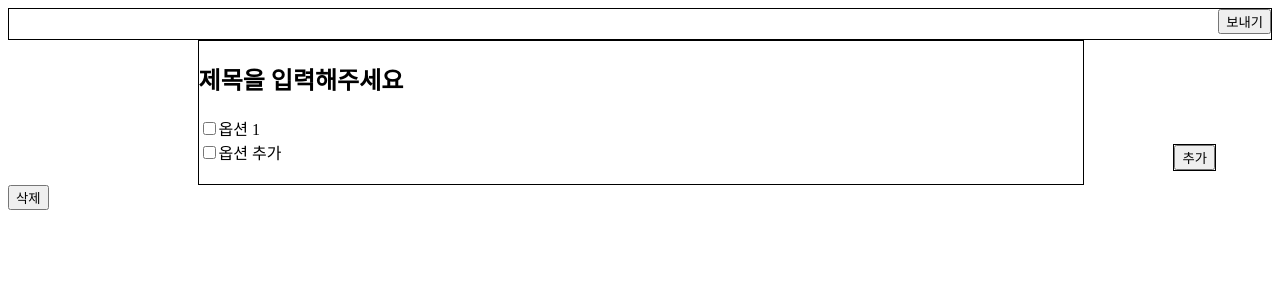
Repository: binigy97/VoteStie
Page: voteWeb/src/main/resources/static/index.html
An editor plug-in stored every save of this project. The page is shown before and after the next save, followed by the edit.
The browser window is 1280 px wide. The pictures show the whole page.

Above is the page before, as saved 2022-02-26 13:49:36.

### voteWeb/src/main/resources/static/index.html
<!DOCTYPE html>
<html lang="ko">
<head>
<meta charset="UTF-8">
<title>투표 사이트</title>
</head>
<style>
header {
	height: 30px;
	border: 1px solid black;
}
header > a {
	float: right;
}

section {
	width: 70%;
	margin: 0 auto;
}
article {
	border: 1px solid black;
}
section > article {
	width: 100%;
}
body > article {
	position: absolute;
	top: 20%;
	right: 5%;
}
div > label {
	display: block;
	color: black;
}
div > label:last-child {
	margin-bottom: 20px;
}
</style>
<body>
<!-- 헤더 -->
<header>
	<a href="/vote.html"><button>보내기</button></a>
</header>

<!-- 투표 내용 생성 -->
<section>
	<article>
		<h2>제목을 입력해주세요</h2>
		<div>
			<label><input type="checkbox" name="op1" value="옵션 1">옵션 1</label>
			<label><input type="checkbox" name="add_btn" value="옵션 추가">옵션 추가</label>
		</div>
	</article>
</section>

<!-- 우측 navbar -->
<nav>
	<div>
		<button>삭제</button>
	</div>
</nav>

<!-- 투표지 추가 -->
<article>
	<button>추가</button>
</article>
</body>
</html>

After the next save:
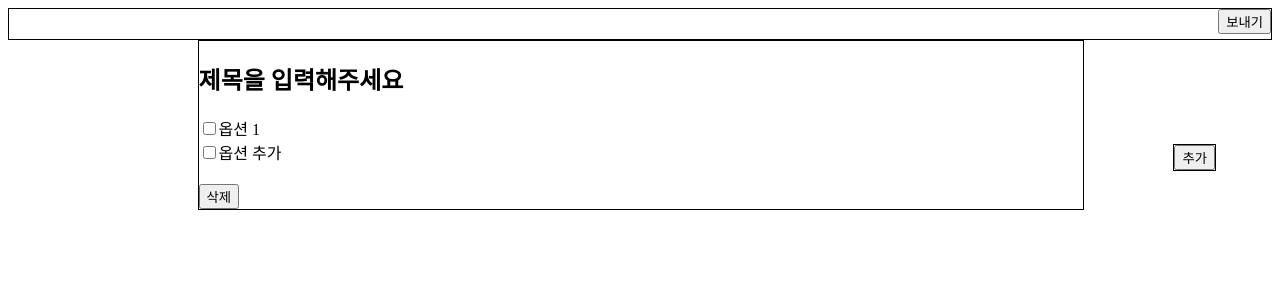
Saved 16 s later.
--- a/voteWeb/src/main/resources/static/index.html
+++ b/voteWeb/src/main/resources/static/index.html
@@ -50,15 +50,11 @@ div > label:last-child {
 			<label><input type="checkbox" name="op1" value="옵션 1">옵션 1</label>
 			<label><input type="checkbox" name="add_btn" value="옵션 추가">옵션 추가</label>
 		</div>
+		<div>
+			<button>삭제</button>
+		</div>
 	</article>
 </section>
-
-<!-- 우측 navbar -->
-<nav>
-	<div>
-		<button>삭제</button>
-	</div>
-</nav>
 
 <!-- 투표지 추가 -->
 <article>
